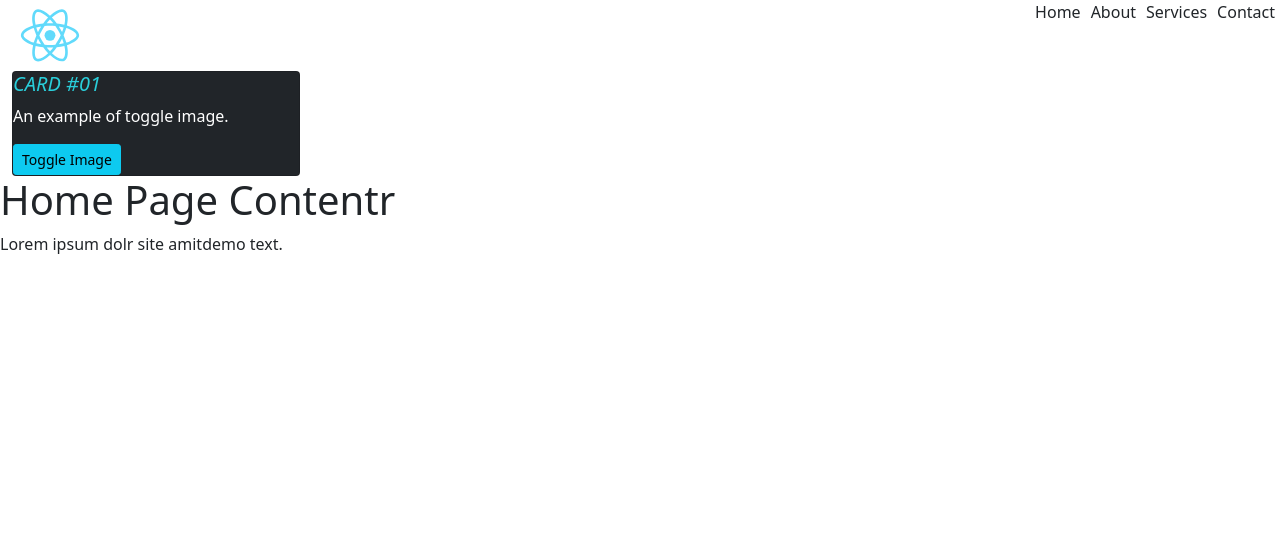
Repository: rudra319/react
Page: /
These files come from the project's save history. The page is drawn as it stood at one moment and after the next save; the edit follows.
The browser window is 1280 px wide. The pictures show the whole page.
The project was rebuilt for these pictures with package versions that can differ from the ones it lists, and the page was loaded fresh each time. Also part of the build but not shown: src/App.css, src/pages/dashboard/Dashboard.css, src/pages/dashboard/Dashboard.jsx.

Above is the page before, as saved 2022-05-17 17:53:45.

After the next save:
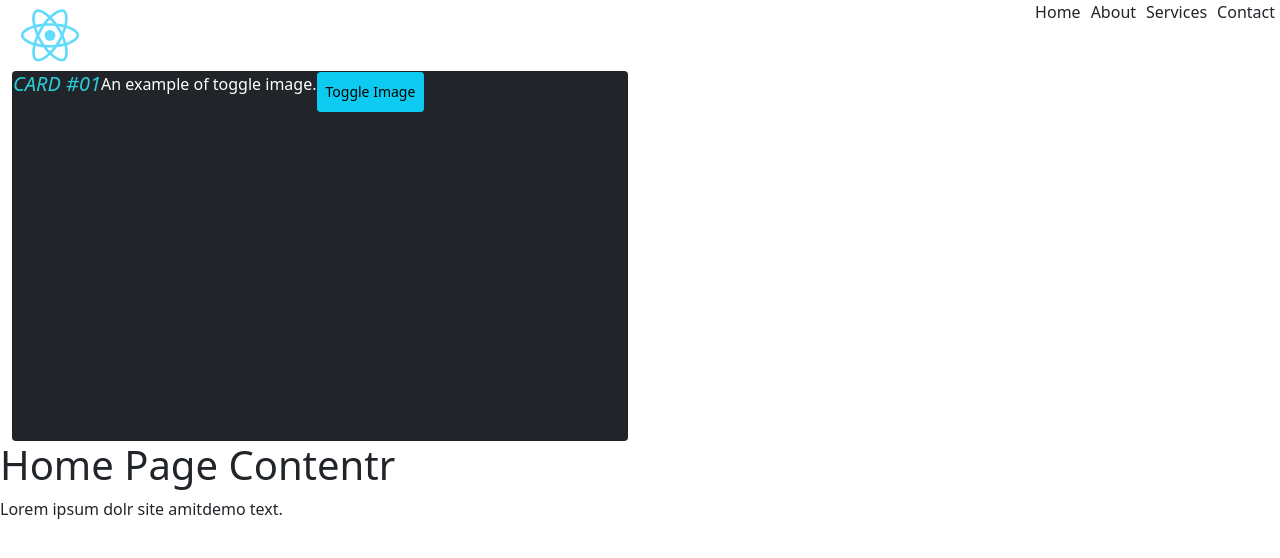
Saved 2 min 9 s later.
--- a/src/pages/dashboard/Chinmayee.jsx
+++ b/src/pages/dashboard/Chinmayee.jsx
@@ -18,7 +18,7 @@
      */}
             <Row>
                 <Col>
-                    <Card className="bg-dark text-white" style={{width: "18rem"}}  >
+                    <Card className="bg-dark text-white" style={{height: "370px"}}  >
                         <CardGroup>
 
                             <h5 className="card-title">card #01 </h5>
